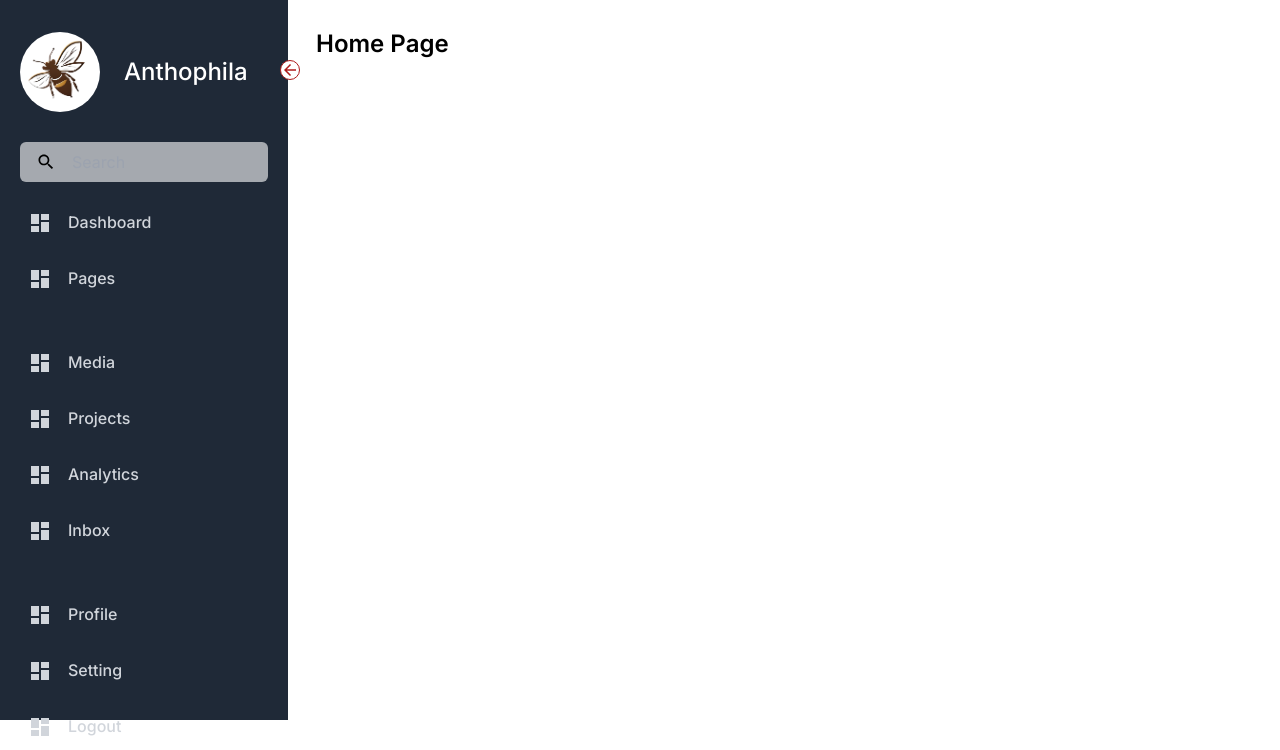
Repository: marcusdashe/anthophila
Page: /dashboard
The author's editor kept a copy of each file at every save. The page is drawn from the files as they stood at one save, then again after the next save.
The browser window is 1280 px wide. The pictures show the whole page.
The project was rebuilt for these pictures with package versions that can differ from the ones it lists, and the page was loaded fresh each time. The framework's server and built-in components were replaced by stand-ins that run in the browser. Also part of the build but not shown: next.config.js.

Above is the page before, as saved 2023-04-05 16:26:13.

### pages/_document.js
import { Html, Head, Main, NextScript } from "next/document";

export default function Document() {
  return (
    <Html lang="en">
      <Head>
        <link rel="preconnect" href="https://fonts.googleapis.com" />
        <link
          rel="preconnect"
          href="https://fonts.gstatic.com"
          crossOrigin="true"
        />
        <link
          href="https://fonts.googleapis.com/css2?family=Inter:wght@100;200;300;400;500;600&display=swap"
          rel="stylesheet"
        />
      </Head>
      <body>
        <Main />
        <NextScript />
      </body>
    </Html>
  );
}

### pages/dashboard.js
import React, { useState } from "react";
import ArrowBackIcon from "@mui/icons-material/ArrowBack";
import SearchIcon from "@mui/icons-material/Search";
import DashboardIcon from "@mui/icons-material/Dashboard";

const Dashboard = () => {
  const [open, setOpen] = useState(true);

  const Menus = [
    { title: "Dashboard" },
    { title: "Pages" },
    { title: "Media", spacing: true },
    {
      title: "Projects",
      submenu: true,
      submenuItems: [
        { title: "Submenu 1" },
        { title: "Submenu 2" },
        { title: "Submenu 3" },
      ],
    },
    { title: "Analytics" },
    { title: "Inbox" },
    { title: "Profile", spacing: true },
    { title: "Setting" },
    { title: "Logout" },
  ];

  return (
    <div className="flex">
      <div
        className={`bg-gray-800 h-screen p-5 pt-8 ${
          open ? "w-72" : "w-[125px]"
        } relative duration-300`}
        onClick={() => setOpen(!open)}
      >
        <ArrowBackIcon
          fontSize="small"
          onClick={() => setOpen(!open)}
          className={`bg-white text-[#AE1B1B] text-3xl mt-5
                                rounded-full absolute -right-3 top-10
                                cursor-pointer ${
                                  !open && "rotate-180"
                                } duration-300 border border-[#AE1B1B]`}
        />
        <div className="inline-flex items-center text-white">
          <img
            src="/assets/logo.png"
            alt="logo"
            className={`object-scale-down mr-2 h-20 w-20
                        bg-white rounded-full text-2xl
                        cursor-pointer block float-left duration-500 ${
                          open && "rotate-[360deg]"
                        }`}
          />
          <h1
            className={`text-white origin-left font-medium ml-4 text-2xl duration-300 ${
              !open && "scale-0"
            }`}
          >
            Anthophila
          </h1>
        </div>
        <div
          onClick={() => setOpen(!open)}
          className={`flex items-center rounded-md bg-white bg-opacity-60 mt-6 ${
            !open ? "px-2.5" : "px-4"
          } py-2`}
        >
          <SearchIcon
            onClick={() => setOpen(!open)}
            fontSize="small"
            className={`text-black  text-md block float-left cursor-left ${
              open && "mr-2"
            }`}
          />
          <input
            type={"search"}
            placeholder={"Search"}
            onClick={() => setOpen(!open)}
            className={`text-base bg-transparent w-full text-white focus:outline-none pl-2 ${
              !open && "hidden"
            }`}
          />
        </div>

        <ul className=" pt-2">
          {Menus.map((menu, index) => (
            <>
              <li
                key={index}
                className={`text-gray-300
                text-small flex
                items-center gap-x-4 cursor-pointer rounded p-2
                 hover:bg-white hover:text-black duration-300
                 bg-opacity-100  ${menu.spacing ? "mt-9" : "mt-2"}`}
              >
                <span className="text-2xl block float-left">
                  <DashboardIcon />
                </span>
                <span
                  className={`text-base font-medium flex-1 duration-500 ${
                    !open && "hidden"
                  }`}
                >
                  {menu.title}
                </span>
              </li>
            </>
          ))}
        </ul>
      </div>

      <div className="p-7">
        <h1 className="text-2xl font-semibold"> Home Page</h1>
      </div>
    </div>
  );
};

export default Dashboard;

### styles/globals.css
@tailwind base;
@tailwind components;
@tailwind utilities;


@layer base {
    html {

      font-family: 'Inter', sans-serif;
    }
  }

### tailwind.config.js
/** @type {import('tailwindcss').Config} */

module.exports = {
  content: [
    "./app/**/*.{js,ts,jsx,tsx}",
    "./pages/**/*.{js,ts,jsx,tsx}",
    "./components/**/*.{js,ts,jsx,tsx}",
  ],
  theme: {
    extend: {},
  },
  plugins: [],
}

Loaded but not shown: pages/_app.js (common file); pages/api/hello.js (common file)

After the next save:
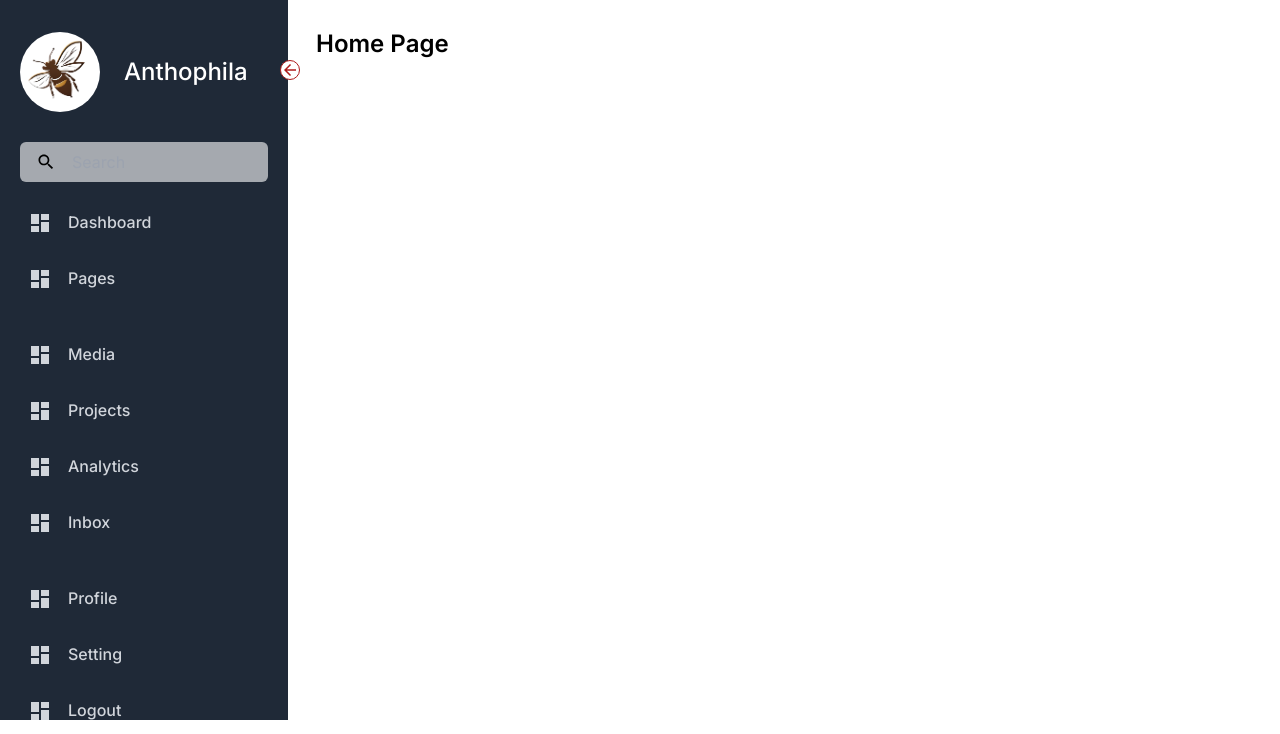
Saved 12 s later.
--- a/pages/dashboard.js
+++ b/pages/dashboard.js
@@ -93,7 +93,7 @@ const Dashboard = () => {
                 text-small flex
                 items-center gap-x-4 cursor-pointer rounded p-2
                  hover:bg-white hover:text-black duration-300
-                 bg-opacity-100  ${menu.spacing ? "mt-9" : "mt-2"}`}
+                 bg-opacity-100  ${menu.spacing ? "mt-7" : "mt-2"}`}
               >
                 <span className="text-2xl block float-left">
                   <DashboardIcon />
